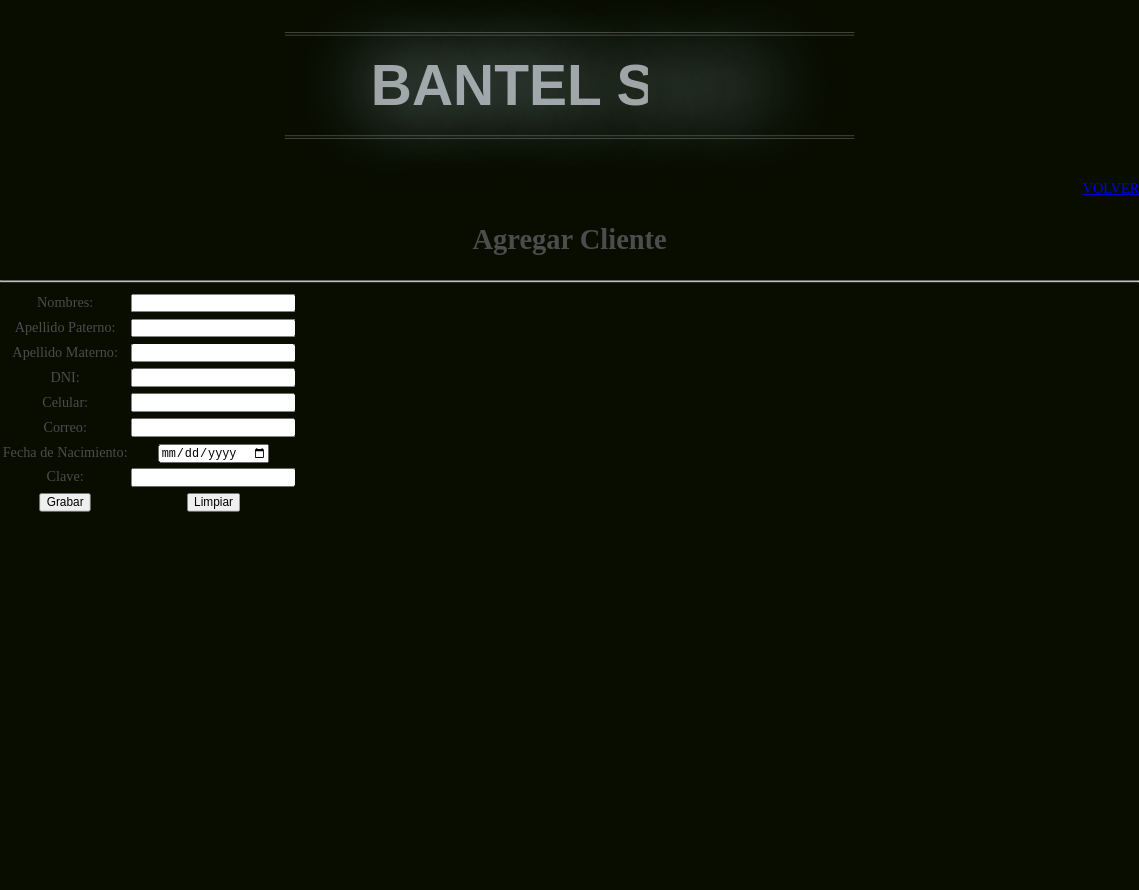
Repository: FeoRosonskiDev/losgudyob-zopilote
Page: http://localhost/web-integrado-ws1/registrarCliente
The author's editor kept a copy of each file at every save. The page is drawn from the files as they stood at one save, then again after the next save.
The browser window is 1280 px wide. The pictures show the whole page, at 89% of full size.
Pictures or frames that could not be fetched are drawn as grey boxes. The page is served by Tomcat 9.

Above is the page before, as saved 2019-07-06 00:24:51.

After the next save:
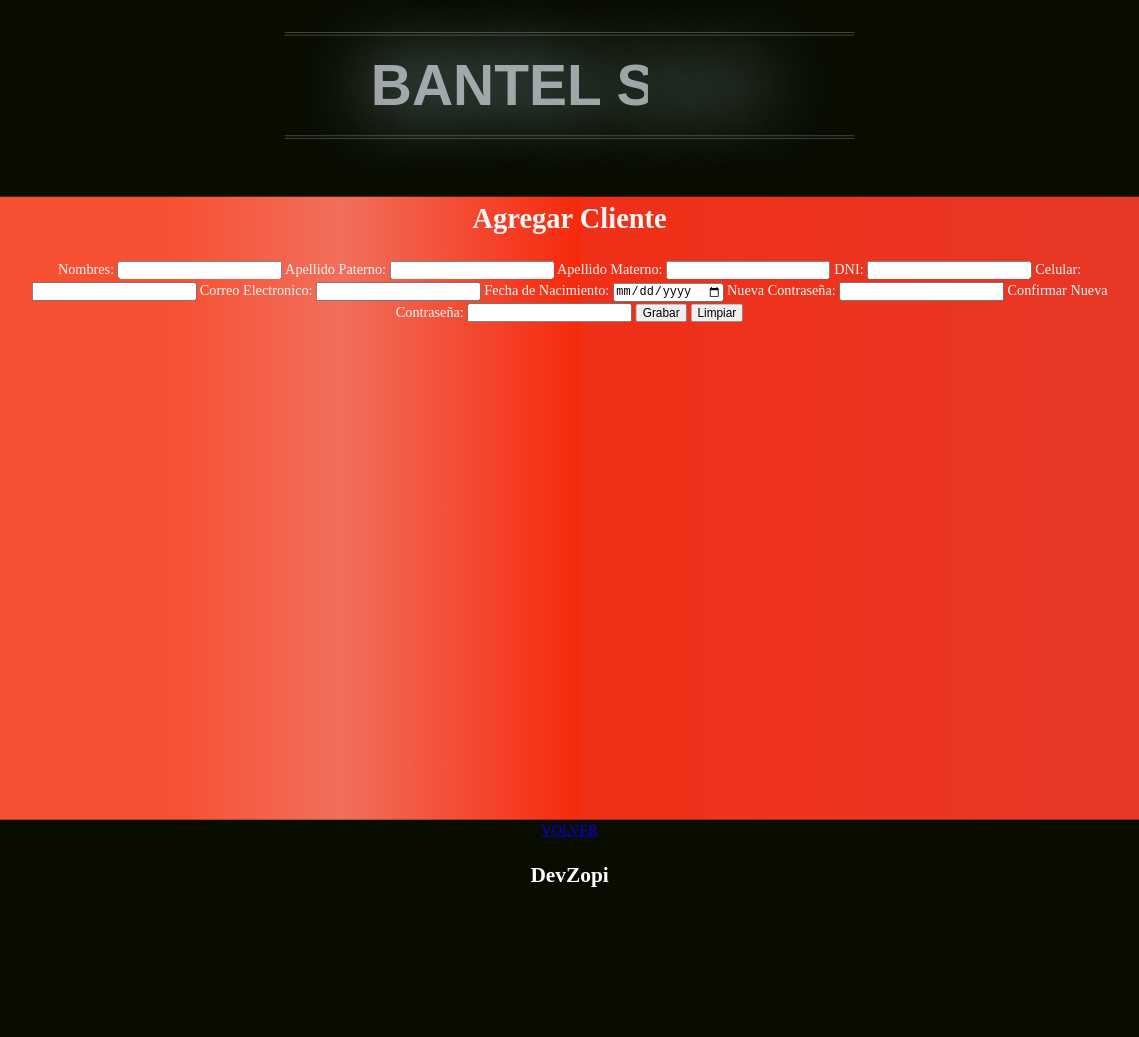
Saved 52 s later.
--- a/web-integrado-ws1/src/main/webapp/Cliente/agregarCliente.jsp
+++ b/web-integrado-ws1/src/main/webapp/Cliente/agregarCliente.jsp
@@ -3,108 +3,58 @@
 
 <!DOCTYPE html>
 <html>
-	<head>
-		<title>Simple JSP Application</title>
-		<link href="css/Title.css" rel="stylesheet" type="text/css"/>
-        <link href="css/container.css" rel="stylesheet" type="text/css"/>
-	</head>
-	<body>
-		<div id="Header">
+    <head>
+        <meta http-equiv="Content-Type" content="text/html; charset=UTF-8">
+        <title>ADD</title>
+        <link href="Title.css" rel="stylesheet" type="text/css"/>
+        <link href="container.css" rel="stylesheet" type="text/css"/>
+    </head>
+    <body>
+
+        <div id="Header">
             <p>
                 <span>
                     Bantel S.A.C
                 </span>
             </p>
         </div>
-
-		<div align="right">
-			<a href="${pageContext.servletContext.contextPath}/index.jsp"> VOLVER </a>
-
-		</div>
-
-		<h1>Agregar Cliente</h1>
-		<hr>
-		<form
-			id="frmRegistroCliente"
-			action="<%=request.getContextPath()%>/registrarCliente"
-			method="post"
-			onkeypress="if(event.keycode==13){ return false; }"
-		>
-
-			<table>
-				<tr>
-					<td> Nombres: </td>
-					<td>
-						<input
-							type="text" id="nombreCliente"
-							name="nombreCliente">
-					</td>
-				</tr>
-				<tr>
-					<td> Apellido Paterno: </td>
-					<td>
-						<input
-							type="text" id="paterno"
-							name="paterno">
-					</td>
-				</tr>
-				<tr>
-					<td> Apellido Materno: </td>
-					<td>
-						<input
-							type="text" id="materno"
-							name="materno">
-					</td>
-				</tr>
-				<tr>
-					<td> DNI: </td>
-					<td>
-						<input
-							type="text" id="dni"
-							name="dni">
-					</td>
-				</tr>
-				<tr>
-					<td> Celular:  </td>
-					<td>
-						<input
-							type="text" id="celular"
-							name="celular">
-					</td>
-				</tr>
-				<tr>
-					<td> Correo:  </td>
-					<td>
-						<input
-							type="email" id="correo"
-							name="correo">
-					</td>
-				</tr>
-				<tr>
-					<td> Fecha de Nacimiento:  </td>
-					<td>
-						<input
-							type="date" id="fechaNacimiento"
-							name="fechaNacimiento">
-					</td>
-				</tr>
-				<tr>
-					<td> Clave:  </td>
-					<td>
-						<input
-							type="password" id="pass"
-							name="pass">
-					</td>
-				</tr>
-				<tr>
-					<td> <input type="submit" value="Grabar" > </td>
-					<td> <input type="reset" value="Limpiar" > </td>
-				</tr>
-
-			</table>
-
-		</form>
-		<script type="text/javascript">
+        <div id="Body">
+            <h1>Agregar Cliente</h1>
+            <form
+                id="frmRegistroCliente"
+                action="<%=request.getContextPath()%>/registrarCliente"
+                method="post"
+                onkeypress="if (event.keycode == 13) {
+                                    return false;
+                                }"
+                >
+                <label>Nombres: </label>
+                <input type="text" id="ACnombre" name="ACnombre" required="" maxlength="50" minlength="2">
+                <label>Apellido Paterno: </label>
+                <input type="text" id="ACpaterno" name="ACpaterno" required="" maxlength="50" minlength="2">
+                <label>Apellido Materno: </label>
+                <input type="text" id="ACmaterno" name="ACmaterno" required="" maxlength="50" minlength="2">
+                <label>DNI: </label>
+                <input type="text" id="ACdni" name="ACdni" required="" maxlength="8" minlength="8">
+                <label>Celular: </label>
+                <input type="phone" id="ACcelular" name="ACcelular" required="" maxlength="9" minlength="7">
+                <label>Correo Electronico: </label>
+                <input type="email" id="ACcorreo" name="ACcorreo" required="">
+                <label>Fecha de Nacimiento: </label>
+                <input type="date" data-date="" date-date-format="YYYY MMMM DD" id="ACfechaNacimiento" name="ACfechaNacimiento" required="">
+                <label>Nueva Contraseña: </label>
+                <input type="password" id="ACpass" name="ACpass" required="">
+                <label>Confirmar Nueva Contraseña: </label>
+                <input type="password" required="">
+                <input type="submit" value="Grabar" >
+                <input type="reset" value="Limpiar" >
+            </form>
+        </div>
+        <a href="${pageContext.servletContext.contextPath}/index.jsp"> VOLVER </a>
+        <div id="Footer">
+            <h2>DevZopi</h2>
+        </div>
+        <script type="text/javascript">
 
 			window.onload = function(){
 
@@ -116,6 +66,5 @@
 			}
 
 		</script>
-
-	</body>
+    </body>
 </html>
